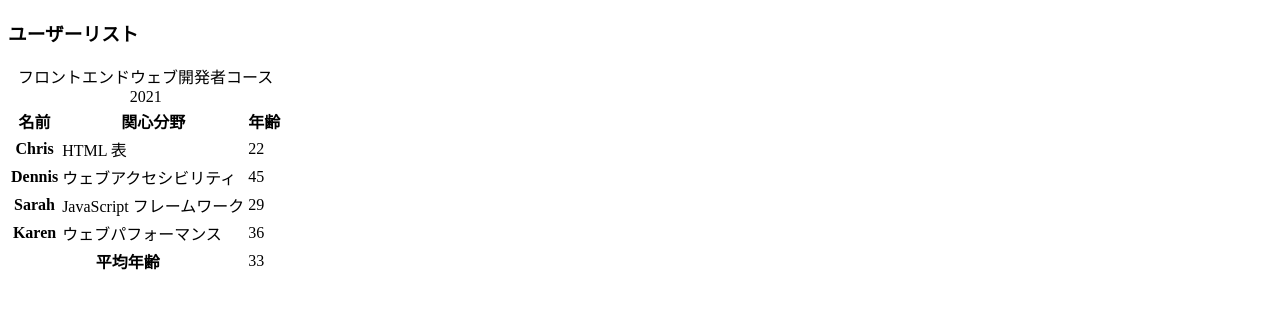
Repository: shun3641/springPortfolio
Page: http://localhost/admin/userlist
An editor plug-in stored every save of this project. The page is shown before and after the next save, followed by the edit.
The browser window is 1280 px wide. The pictures show the whole page.
The page is this project's Thymeleaf template; nobody is signed in. The template is opened directly, without the code that normally fills it, so the values that code supplies are empty.

Above is the page before, as saved 2025-11-14 05:15:28.

### Suitus 田中駿吾 ポートフォリオ/Suitus/src/main/resources/templates/admin/userlist.html
<!DOCTYPE html>
<html>
<head>
<meta charset="UTF-8">
<title>Insert title here</title>
</head>
<body>
<h3>ユーザーリスト</h3>
<table>
  <caption>
    フロントエンドウェブ開発者コース 2021
  </caption>
  <thead>
    <tr>
      <th scope="col">名前</th>
      <th scope="col">関心分野</th>
      <th scope="col">年齢</th>
    </tr>
  </thead>
  <tbody>
    <tr>
      <th scope="row">Chris</th>
      <td>HTML 表</td>
      <td>22</td>
    </tr>
    <tr>
      <th scope="row">Dennis</th>
      <td>ウェブアクセシビリティ</td>
      <td>45</td>
    </tr>
    <tr>
      <th scope="row">Sarah</th>
      <td>JavaScript フレームワーク</td>
      <td>29</td>
    </tr>
    <tr>
      <th scope="row">Karen</th>
      <td>ウェブパフォーマンス</td>
      <td>36</td>
    </tr>
  </tbody>
  <tfoot>
    <tr>
      <th scope="row" colspan="2">平均年齢</th>
      <td>33</td>
    </tr>
  </tfoot>
</table>
</body>
</html>

### Suitus 田中駿吾 ポートフォリオ/Suitus/src/main/resources/static/admin/css/application.css
* {
	margin: 0;
	padding: 0;
}

body {
	box-sizing: border-box;
}

h1 {
	margin-top: 100px;
	margin-left: 20px;
}

h1 > a {
	color: #111;
	text-decoration: none;
}

#bgblack .l-header-content {
	background-color: black;
	padding: 10px;
	margin-top: -20px;
	justify-content: center;
	width: 100%;
}

#header-navigation ul {
	display: flex;
	list-style: none;
	gap: 24px;
	padding-top: 5px;
	margin-top: 20px;
	margin-left: 30px;
}
ul.list-group {
	padding: 0;
}

.list-group-item {
	list-style-type: none;
	font-size: 1.3rem;
	padding: 20px;
	border-top: 0.5px solid lightgray;
	border-bottom:0.5px solid lightgray;
}
.logout {
	font-size: 18px;
	display: flex;
	justify-content: flex-end;
	padding-right: 20px;
}

.logout span {
	background-color: black;
	color: white;
	padding: 10px 15px;
	border-radius: 5px;
}

.list-group-item a {
	background-color: #1569e5;
	border-radius: 5px;
	color: white;
	padding: 5px 10px;
}

.price {
	font-size: 1.5em;
}

.container {
  max-width:1200px;
  margin: 35px auto;
  text-align: left;
  -webkit-border-radius:6px;
  -moz-border-radius:6px;
  border-radius:6px;
  background-color:#FAFAFA;
  padding: 20px;
}

input,textarea {
  display: block;
  padding: 15px;
  width: 100%;
  margin: 10px 0;
}
h2 {
	padding: 20px;
}
.parts {
  padding:10px;
}

.createsuccess {
  font-size: 1.2rem;
}

.head {
  -webkit-border-radius:6px 6px 0px 0px;
  -moz-border-radius:6px 6px 0px 0px;
  border-radius:6px 6px 0px 0px;
  background-color:#2ABCA7;
  color:#FAFAFA;
  padding-left: 10px;
}
h2 {
  text-align:left;
  padding:25px 0 25px 0px;
  font-size: 1.4em;
  color: white;
}

textarea {
  height:100px;
  margin-bottom:10px;
  resize: none;
}
.text-danger {
	color: red;
}
input, textarea {
  font-size: 1em;
  font-family: 'Source Sans Pro',arial,sans-serif;
  border: 1px solid #cecece;
  background: #d7d7d7;
  color:#FAFAFA;
  -webkit-border-radius: 5px;
  -moz-border-radius: 5px;
  border-radius: 5px;
  -moz-background-clip: padding;
  -webkit-background-clip: padding-box;
  background-clip: padding-box;
  -webkit-box-sizing: border-box;
  -moz-box-sizing: border-box;
  box-sizing: border-box;
}
::-webkit-input-placeholder {
   color: #FAFAFA;
}
:-moz-placeholder {
   color: #FAFAFA;
}
::-moz-placeholder {
   color: #FAFAFA;
}
:-ms-input-placeholder {
   color: #FAFAFA;
}
input[type="submit"],button {
  width: 50%;
  margin-top:30px;
  margin-bottom:25px;
  background-color:#2ABCA7;
  padding: 12px 0;
  -ms-border-radius: 5px;
  -o-border-radius: 5px;
  border-radius: 5px;
  border: 1px solid #2ABCA7;
  -webkit-transition: .5s;
  transition: .5s;
  display: inline-block;
  cursor: pointer;
  color:#fff;
}

/* media queries */
@media (max-width: 700px) {
  label.error {
    width: 90%;
  }

  body {
  padding-top:10px;
  }
}

.products.flex {
	display: flex;
	flex-wrap: wrap;
}

.parts.button {
	display: flex;
	justify-content: center;
}

.parts button {
	display: block;
	font-size: 0.85rem;
	width: 40%;

}

button[name="updatebutton"] {
	margin-left: 40px;
	background-color: #2a76bc;
}

button[name="updatebutton"]:hover {
	background-color: #2a76bcbd;
}

button[name="createbutton"]:hover {
	background-color: #2abca7bd;
}

#category-select {
	height: 40px;
	font-size: 1.0rem;
	margin-top: 10px;
	padding-left: 15px;
}

.message {
	padding-left: 10px;
}

.contents.text {
	font-size: 1rem;
	margin-top: 15px;
	color: #242424;
}

.contents.category {
	margin-bottom: 10px;
}

.products {
	display: flex;
	justify-content: center;
	gap: 30px;
	margin-top: 30px;
}

.productImage {
	display: flex;
	justify-content: center;
	align-items: center;
	width: 300px;
	background-color: rgba(0,0,0,0.15);
}

.productImage img {
	position: relative;
	top: 5px;
	height: 200px;
}

.contents {
	display: block;
	margin-top: 3px;
	margin-bottom: 5px;
	font-size: 24px;
}

.price {
	font-size: 1.4rem;
}

.product button {
	margin-top: 18px;
	margin-bottom: 18px;
	padding: 0;
	font-size: 18px;
	width: 100px;
}

#imageUpload {
	max-width: 1200px;
    margin: 35px auto;
}

.c-hamburger-btn.btn {
	top: 25px;
    padding: 10px 25px;
    margin: 0;
}

.previewImage {
	width: 14%;
}

.products {
	border-radius: 18px;
	padding:18px;
	overflow:hidden;
	border:1px solid rgba(60, 60, 60,0.2);
}

#previewImage {
	display: none;
}

.select {
	width: 90%;
	margin: 0 auto;
}

After the next save:
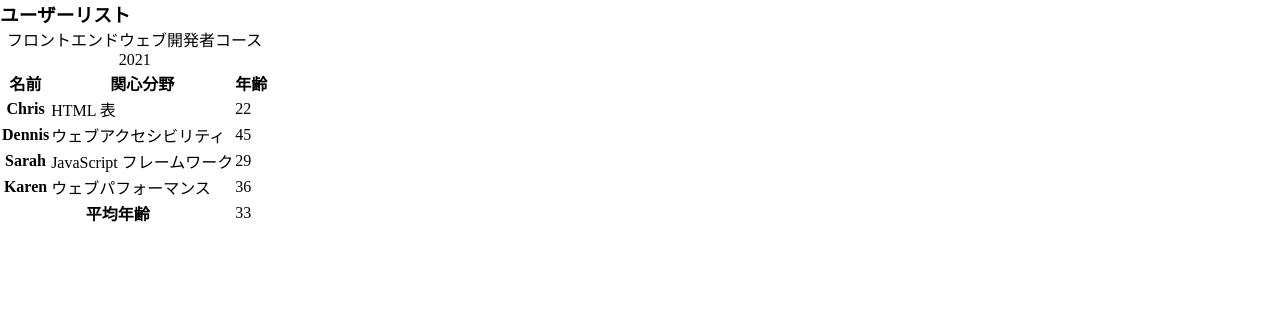
Saved 61 s later.
--- a/Suitus 田中駿吾 ポートフォリオ/Suitus/src/main/resources/templates/admin/userlist.html
+++ b/Suitus 田中駿吾 ポートフォリオ/Suitus/src/main/resources/templates/admin/userlist.html
@@ -2,6 +2,7 @@
 <html>
 <head>
 <meta charset="UTF-8">
+<link th:href="@{/admin/css/application.css}" rel="stylesheet">
 <title>Insert title here</title>
 </head>
 <body>
